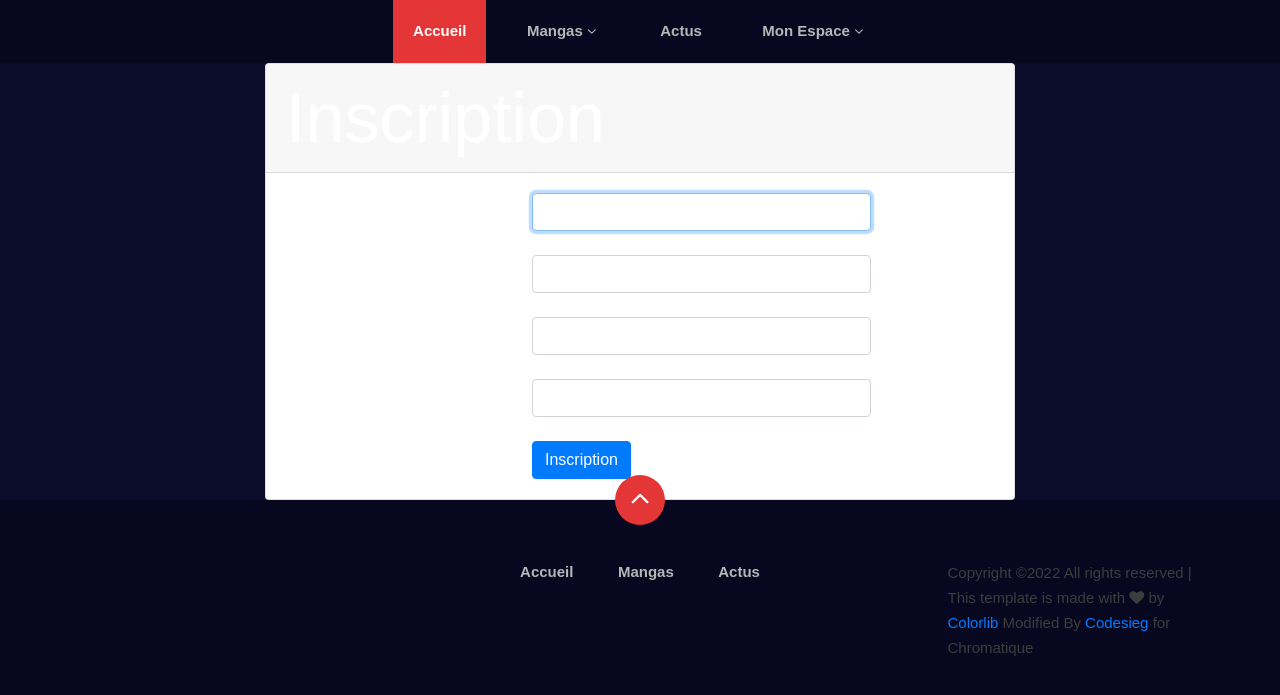
Repository: Codesieg/Chromatique
Page: http://localhost/register
The author's editor kept a copy of each file at every save. The page is drawn from the files as they stood at one save, then again after a run of saves.
The browser window is 1280 px wide. The pictures show the whole page.
Some web fonts or font styles are not loaded; a fallback is used. The page is served by the project's Laravel application, run on PHP 8.4 with Laravel 8. Other server files are loaded and not shown. The database holds what the project's SQL file puts in it.

Above is the page before, as saved 2022-04-03 20:02:42.

### chromatique/app/Providers/AppServiceProvider.php
<?php

namespace App\Providers;

use App\Models\Mangas;
use Illuminate\Support\Facades\Schema;
use Illuminate\Support\Facades\View;
use Illuminate\Support\ServiceProvider;


class AppServiceProvider extends ServiceProvider
{
    /**
     * Register any application services.
     *
     * @return void
     */
    public function register()
    {
        //
    }

    /**
     * Bootstrap any application services.
     *
     * @return void
     */
    public function boot()
    {
        Schema::defaultStringLength(191);
        View::composer('*', function ($view) {

        $listManga = Mangas::select('id', 'manga_name')->get();

        $listMangaName = [];
        foreach ($listManga as $manga) {
            $listMangaName[] = str_replace(array("_", "'", "-"), ' ', $manga->manga_name);
        }
// dd($listMangaName);
            $view->with('listMangasName', $listMangaName);
        });
    }
}

### chromatique/routes/web.php
<?php

use Illuminate\Support\Facades\Route;
use App\Http\Controllers\PagesController;
use App\Http\Controllers\TomesController;
use App\Http\Controllers\MangasController;
// use App\Http\Controllers\Auth\LoginController;
use App\Http\Controllers\Admin\AdminTomesController;
use App\Http\Controllers\Admin\AdminMangasController;
/*
|--------------------------------------------------------------------------
| Web Routes
|--------------------------------------------------------------------------
|
| Here is where you can register web routes for your application. These
| routes are loaded by the RouteServiceProvider within a group which
| contains the "web" middleware group. Now create something great!
|
*/
//-------------- Route front ----------------

Route::get(
    '/',
    [MangasController::class, 'browse']
)->name('browse_mangas');

Route::get(
    '/tome/browse/{id}',
    [TomesController::class,'browse']
)->name('browse_tomes');

Route::get(
    '/tome/page/{id}',
    [PagesController::class,'read']
)->name('browse_pages');


//-------------- Route back-office manga ----------------

Route::get(
    '/admin',
    [AdminMangasController::class, 'browse']
)->name('admin_browse_mangas')->middleware('auth');

// Route affichant le formulaire d'ajout d'un manga
Route::get(
    '/admin/add/manga',
    [AdminMangasController::class, 'form']
)->name('admin_form_manga')->middleware('auth');

//  Route ajoutant le manga, au clique sur le formulaire
Route::post(
    '/admin/add/manga',
    [AdminMangasController::class, 'add']
)->name('admin_add_manga')->middleware('auth');

// Supprimer un manga
Route::delete(
    '/admin/delete/{id}',
    [AdminMangasController::class, 'delete']
)->name('admin_delete_manga')->middleware('auth');

//  Route qui vient scanner le dossier publique au clique sur le bouton scanner
Route::post(
    '/admin/insert',
    [AdminMangasController::class, 'insert']
)->name('admin_insert_manga')->middleware('auth');

// Permet d'afficher le forms de modification d'un manga
Route::get(
    '/admin/manga/edit/{id}',
    [AdminMangasController::class, 'form_edit']
)->name('admin_form_edit_manga')->middleware('auth');

// Permet d'enregistrer les modifications d'un manga
Route::post(
    '/admin/manga/edit/{id}',
    [AdminMangasController::class, 'edit']
)->name('admin_edit_manga')->middleware('auth');

//-------------- Route back-office tome ----------------

// On récupère l'id du manga sur cette route et on affiche le formulaire d'ajout d'un tome par rapport à ça franchise
Route::get(
    '/admin/add/tome/{id}',
    [AdminTomesController::class, 'form']
)->name('admin_form_tome')->middleware('auth');

// On ajoute un tome
Route::post(
    '/admin/add/tome',
    [AdminTomesController::class, 'add']
)->name('admin_add_tome')->middleware('auth');

// On liste tous les tomes de tous les mangas
Route::get(
    '/admin/tome/',
    [AdminTomesController::class, 'browse']
)->name('admin_browse_tomes')->middleware('auth');

// On liste tous les tomes d'un manga
Route::get(
    '/admin/tome/{id}',
    [AdminTomesController::class, 'read']
)->name('admin_read_tome')->middleware('auth');

// Permet de supprimer un tome
Route::delete(
    '/admin/delete/tome/{id}',
    [AdminTomesController::class, 'delete']
)->name('admin_delete_tome')->middleware('auth');

// Permet de modifier un tome
Route::get(
    '/admin/tome/edit/{id}',
    [AdminTomesController::class, 'edit']
)->name('admin_edit_tome')->middleware('auth');

// ---------------route d'authentification------------

// Route::get('/', function () {
//     return view('welcome');
// });

Route::get('/dashboard', function () {
    return view('dashboard');
})->middleware(['auth'])->name('dashboard');

require __DIR__.'/auth.php';

### chromatique/app/Models/Mangas.php
<?php

namespace App\Models;

use Illuminate\Database\Eloquent\Factories\HasFactory;
use Illuminate\Database\Eloquent\Model;

class Mangas extends Model
{
    use HasFactory;
    protected $fillable = [
        'manga_name',
        'manga_cover',
        'author',
        'synopsis',
        'manga_banner',
        'manga_directory',
        'manga_home_order',
        'uploader_id',
    ];

    /**
     * Get the tomes for the manga.
     */
    public function tomes()
    {
        return $this->hasMany(Tomes::class);
    }

}

### chromatique/resources/views/auth/register.blade.php
@extends('layout')

@section('contenu')
<div class="container">
    <div class="row justify-content-center">
        <div class="col-md-8">
            <div class="card">
                <h1 class="card-header white">{{ __('Inscription') }}</h1>

                <div class="card-body">
                    <form method="POST" action="{{ route('register') }}">
                        @csrf

                        <div class="form-group row">
                            <label for="name" class="col-md-4 col-form-label text-md-right white mt-2">{{ __('Pseudo') }}</label>

                            <div class="col-md-6">
                                <input id="name" type="text" class="form-control @error('name') is-invalid @enderror" name="name" value="{{ old('name') }}" required autocomplete="name" autofocus>

                                @error('name')
                                    <span class="invalid-feedback" role="alert">
                                        <strong>{{ $message }}</strong>
                                    </span>
                                @enderror
                            </div>
                        </div>

                        <div class="form-group row">
                            <label for="email" class="col-md-4 col-form-label text-md-right white mt-2">{{ __('E-Mail') }}</label>

                            <div class="col-md-6">
                                <input id="email" type="email" class="form-control @error('email') is-invalid @enderror" name="email" value="{{ old('email') }}" required autocomplete="email">

                                @error('email')
                                    <span class="invalid-feedback" role="alert">
                                        <strong>{{ $message }}</strong>
                                    </span>
                                @enderror
                            </div>
                        </div>

                        <div class="form-group row">
                            <label for="password" class="col-md-4 col-form-label text-md-right white mt-2">{{ __('Password') }}</label>

                            <div class="col-md-6">
                                <input id="password" type="password" class="form-control @error('password') is-invalid @enderror" name="password" required autocomplete="new-password">

                                @error('password')
                                    <span class="invalid-feedback" role="alert">
                                        <strong>{{ $message }}</strong>
                                    </span>
                                @enderror
                            </div>
                        </div>

                        <div class="form-group row">
                            <label for="password-confirm" class="col-md-4 col-form-label text-md-right white mt-2">{{ __('Confirm Password') }}</label>

                            <div class="col-md-6">
                                <input id="password-confirm" type="password" class="form-control" name="password_confirmation" required autocomplete="new-password">
                            </div>
                        </div>

                        <div class="form-group row mb-0">
                            <div class="col-md-6 offset-md-4">
                                <button type="submit" class="btn btn-primary">
                                    {{ __('Inscription') }}
                                </button>
                            </div>
                        </div>
                    </form>
                </div>
            </div>
        </div>
    </div>
</div>
@endsection

### chromatique/resources/views/layout.blade.php
<!DOCTYPE html>
<html lang="french">

<head>
    <meta charset="UTF-8">
    <meta name="description" content="Chromatique team">
    <meta name="keywords" content="Manga, unica, creative, html">
    <meta name="viewport" content="width=device-width, initial-scale=1.0">
    <meta http-equiv="X-UA-Compatible" content="ie=edge">
    <title>Chromatique</title>

    <!-- Google Font -->
    <link href="https://fonts.googleapis.com/css2?family=Oswald:wght@300;400;500;600;700&display=swap" rel="stylesheet">
    <link href="https://fonts.googleapis.com/css2?family=Mulish:wght@300;400;500;600;700;800;900&display=swap"
    rel="stylesheet">

    <!-- Css Styles -->
    <link rel="stylesheet" href=<?= asset('assets/css/bootstrap.min.css') ?> type="text/css">
    <link rel="stylesheet" href=<?= asset('assets/css/font-awesome.min.css') ?> type="text/css">
    <link rel="stylesheet" href=<?= asset('assets/css/elegant-icons.css') ?> type="text/css">
    <link rel="stylesheet" href=<?= asset('assets/css/plyr.css') ?> type="text/css">
    <link rel="stylesheet" href=<?= asset('assets/css/nice-select.css') ?> type="text/css">
    <link rel="stylesheet" href=<?= asset('assets/css/owl.carousel.min.css') ?> type="text/css">
    <link rel="stylesheet" href=<?= asset('assets/css/slicknav.min.css') ?> type="text/css">
    <link rel="stylesheet" href=<?= asset('assets/css/style.css') ?> type="text/css">
</head>
<!-- Page Preloder -->
<div id="preloder">
    <div class="loader"></div>
</div>

    <!-- Header Section Begin -->
    <header class="header">
        <div class="container">
            <div class="row">
                <div class="col-lg-2">
                    <div class="header__logo">
                        <a href="{{route('browse_mangas')}}">
                            <img src="img/logo.png" alt="">
                        </a>
                    </div>
                </div>
                <div class="col-lg-8">
                    <div class="header__nav">
                        <nav class="header__menu mobile-menu">
                            <ul>
                                <li class="active"><a href="{{route('browse_mangas')}}">Accueil</a></li>
                                <li><a>Mangas<span class="arrow_carrot-down"></span></a>
                                    <ul class="dropdown">
                                        @foreach($listMangasName as $manga)
                                        <li><a href="tome/browse/">{{$manga}}</a></li>
                                    @endforeach
                                    </ul>
                                </li>
                                <li><a href="">Actus</a></li>
                                {{-- <li><a href="#">Contacts</a></li> --}}
                                {{-- <a href="#" class="search-switch"><span class="icon_search"></span></a> --}}
                                <li><a>Mon Espace<span class="arrow_carrot-down"></span></a>
                                    <ul class="dropdown">
                                        @if (!Auth::check())
                                        <li><a href="{{route('login')}}">Connexion</a></li>
                                            <li><a href="{{route('register')}}">Inscription</a></li>
                                        @else
                                        <li>
                                            <a href="{{ route('logout') }}"
                                            onclick="event.preventDefault();
                                                                document.getElementById('logout-form').submit();">
                                                {{ __('Deconnexion') }}
                                            </a>
                                            <form id="logout-form" action="{{ route('logout') }}" method="POST" style="display: none;">
                                                @csrf
                                            </form>
                                            @endif
                                        </li>

                                        @if (Auth::check())
                                        <li><a href="{{route('admin_browse_mangas')}}">Gestion Manga</a></li>
                                        <li><a href="{{route('admin_browse_tomes')}}">Gestion Tome</a></li>
                                        <li><a href="">Gestion des utilisateur</a></li>
                                        @endif
                                    </ul>
                                </li>
                            </ul>
                        </nav>
                    </div>
                </div>
            </div>
            <div id="mobile-menu-wrap"></div>
        </div>
    </header>
    <!-- Header End -->
<body>
    <!-- wrap -->
    @include('layouts/flash-message')
    <div class="wrapper">

    @yield('contenu')
    </div>


</body>
@include('layouts/footer')


<script src="https://cdn.jsdelivr.net/npm/bootstrap@5.0.0-beta3/dist/js/bootstrap.bundle.min.js" integrity="sha384-JEW9xMcG8R+pH31jmWH6WWP0WintQrMb4s7ZOdauHnUtxwoG2vI5DkLtS3qm9Ekf" crossorigin="anonymous"></script>
<!-- Js Plugins -->
<script src="<?= asset('assets/js/jquery-3.3.1.min.js') ?>"></script>
<script src="<?= asset('assets/js/bootstrap.min.js') ?>"></script>
<script src="<?= asset('assets/js/player.js') ?>"></script>
<script src="<?= asset('assets/js/jquery.nice-select.min.js') ?>"></script>
<script src="<?= asset('assets/js/mixitup.min.js') ?>"></script>
<script src="<?= asset('assets/js/jquery.slicknav.js') ?>"></script>
<script src="<?= asset('assets/js/owl.carousel.min.js') ?>"></script>
<script src="<?= asset('assets/js/main.js') ?>"></script>
</html>

### chromatique/resources/views/layouts/flash-message.blade.php
@if ($message = Session::get('success'))
<div class="alert alert-success alert-block ">
        <strong>{{ $message }}</strong>
</div>
@endif


@if ($message = Session::get('error'))
<div class="alert alert-danger alert-block ">
        <strong>{{ $message }}</strong>
</div>
@endif


@if ($message = Session::get('warning'))
<div class="alert alert-warning alert-block">
	<strong>{{ $message }}</strong>
</div>
@endif


@if ($message = Session::get('info'))
<div class="alert alert-info alert-block ">
	<strong>{{ $message }}</strong>
</div>
@endif


@if ($errors->any())
<div class="alert alert-danger ">
    Please check the form below for errors
</div>
@endif

### chromatique/resources/views/layouts/footer.blade.php
<!-- Footer Section Begin -->
<footer class="footer">
    <div class="page-up">
        <a href="#" id="scrollToTopButton"><span class="arrow_carrot-up"></span></a>
    </div>
    <div class="container">
        <div class="row">
            <div class="col-lg-3">
                <div class="footer__logo">
                    <a href="./index.html"><img src="" alt=""></a>
                </div>
            </div>
            <div class="col-lg-6">
                <div class="footer__nav">
                    <ul>
                        <li class="active"><a href="{{route('browse_mangas')}}">Accueil</a></li>
                        <li><a href="{{route('browse_mangas')}}">Mangas</a></li>
                        <li><a href="">Actus</a></li>
                    </ul>
                </div>
            </div>
            <div class="col-lg-3">
                <p><!-- Link back to Colorlib can't be removed. Template is licensed under CC BY 3.0. -->
                Copyright &copy;<script>document.write(new Date().getFullYear());</script> All rights reserved | This template is made with <i class="fa fa-heart" aria-hidden="true"></i> by <a href="https://colorlib.com" target="_blank">Colorlib</a>
                Modified By <a href="http://chromatique.codesieg.fr">Codesieg </a>for Chromatique
                <!-- Link back to Colorlib can't be removed. Template is licensed under CC BY 3.0. --></p>

            </div>
        </div>
    </div>
</footer>
<!-- Footer Section End -->

### Docs/chromatique.sql (the tables this page reads)
CREATE TABLE IF NOT EXISTS `mangas` (
  `id` int(10) UNSIGNED NOT NULL AUTO_INCREMENT,
  `manga_name` varchar(45) DEFAULT NULL COMMENT 'Nom du manga',
  `author` varchar(45) DEFAULT NULL COMMENT 'Auteur du manga',
  `synopsis` mediumtext COMMENT 'Résumé du manga',
  `manga_jacket` varchar(255) NOT NULL COMMENT 'Couverture du manga',
  `manga_banner` varchar(45) DEFAULT NULL COMMENT 'bannière de page du manga',
  `manga_directory` varchar(60) DEFAULT NULL,
  `home_order` int(11) DEFAULT '0',
  `created_at` timestamp NULL DEFAULT NULL,
  `updated_at` timestamp NULL DEFAULT NULL,
  `users_id` int(10) UNSIGNED NOT NULL,
  `chapter_id` int(11) NOT NULL,
  PRIMARY KEY (`id`,`users_id`),
  UNIQUE KEY `id_UNIQUE` (`id`),
  KEY `fk_mangas_users1_idx` (`users_id`)
) ENGINE=InnoDB AUTO_INCREMENT=34 DEFAULT CHARSET=utf8;

INSERT INTO `mangas` (`id`, `manga_name`, `author`, `synopsis`, `manga_jacket`, `manga_banner`, `manga_directory`, `home_order`, `created_at`, `updated_at`, `users_id`, `chapter_id`) VALUES
(1, 'One Piece', NULL, NULL, '/tome_93/tome-93.jpg', NULL, '/One_Piece', 0, '2021-04-02 22:00:00', NULL, 1, 0),
(29, 'Dragon Ball Super', NULL, NULL, '/Dragon Ball Super/Dragon Ball Super.jpg', NULL, NULL, 0, '2021-04-18 14:55:32', '2021-04-18 14:55:32', 1, 0),
(30, 'Highschool of the dead', NULL, NULL, '/Highschool of the dead/Highschool of the dead.jpg', NULL, NULL, 0, '2021-04-18 14:56:57', '2021-04-18 14:56:57', 1, 0),
(31, 'Hunter X Hunter', NULL, NULL, '/Hunter X Hunter/Hunter X Hunter.jpg', NULL, NULL, 0, '2021-04-18 14:57:26', '2021-04-18 14:57:26', 1, 0),
(32, 'Naruto', NULL, NULL, '/Naruto/Naruto.jpg', NULL, NULL, 0, '2021-04-18 15:02:12', '2021-04-18 15:02:12', 1, 0),
(33, 'Demon Slayer', NULL, NULL, '/Demon Slayer/Demon Slayer.jpg', NULL, NULL, 0, '2021-04-18 15:02:30', '2021-04-18 15:02:30', 1, 0);

ALTER TABLE `mangas`
  ADD CONSTRAINT `fk_mangas_users1` FOREIGN KEY (`users_id`) REFERENCES `users` (`id`) ON DELETE NO ACTION ON UPDATE NO ACTION;

Loaded but not shown: chromatique/routes/auth.php (common file); chromatique/app/Http/Controllers/Auth/RegisteredUserController.php (common file); chromatique/app/Http/Controllers/Controller.php (common file); chromatique/public/assets/css/bootstrap.min.css (library); chromatique/public/assets/css/font-awesome.min.css (library); chromatique/public/assets/css/plyr.css (library); chromatique/public/assets/css/nice-select.css (common file); chromatique/public/assets/css/owl.carousel.min.css (library); chromatique/public/assets/css/slicknav.min.css (common file); chromatique/public/assets/js/jquery-3.3.1.min.js (library); chromatique/public/assets/js/bootstrap.min.js (library); chromatique/public/assets/js/player.js (library); chromatique/public/assets/js/jquery.nice-select.min.js (common file); chromatique/public/assets/js/mixitup.min.js (library); chromatique/public/assets/js/jquery.slicknav.js (library); chromatique/public/assets/js/owl.carousel.min.js (library); chromatique/public/assets/js/main.js (101 lines, source omitted); chromatique/public/assets/css/style.css (2407 lines, source omitted); chromatique/public/assets/css/elegant-icons.css (1157 lines, source omitted)

After the next 4 saves:
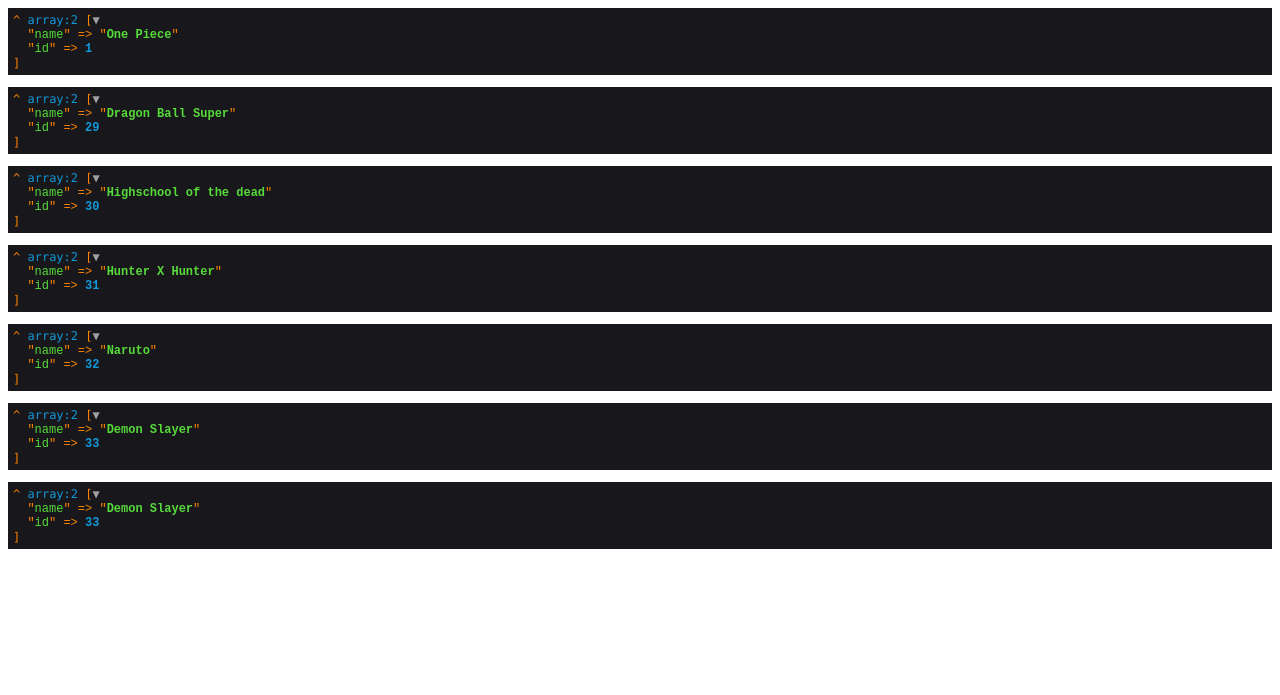
The 4 saves are shown as one change because 3 did not build or start.
The last was saved 7 min 46 s later.
--- a/chromatique/app/Providers/AppServiceProvider.php
+++ b/chromatique/app/Providers/AppServiceProvider.php
@@ -31,12 +31,14 @@
         View::composer('*', function ($view) {
 
         $listManga = Mangas::select('id', 'manga_name')->get();
-
+// dd($listManga);
         $listMangaName = [];
         foreach ($listManga as $manga) {
-            $listMangaName[] = str_replace(array("_", "'", "-"), ' ', $manga->manga_name);
+            $listMangaName["name"] = str_replace(array("_", "'", "-"), ' ', $manga->manga_name);
+            $listMangaName["id"] = $manga->id;
+            dump($listMangaName);
         }
-// dd($listMangaName);
+dd($listMangaName);
             $view->with('listMangasName', $listMangaName);
         });
     }
